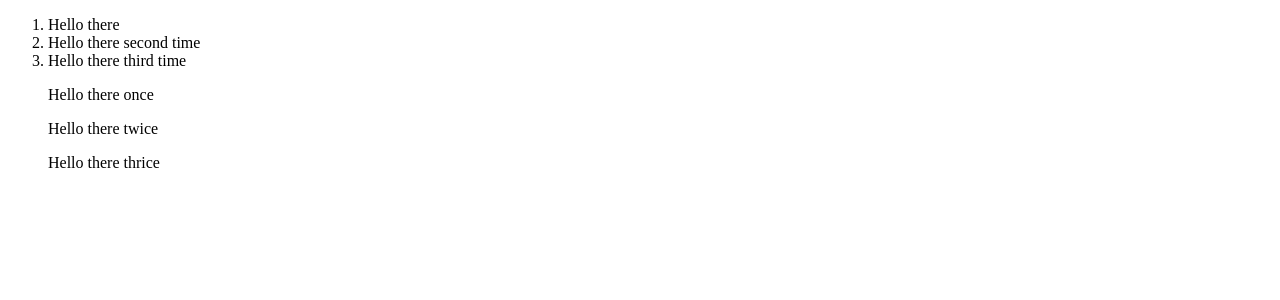
Repository: W0474997SteveArmstrong/udacity-frontenddeveloper-challenge
Page: lists.html
These files come from the project's save history. The page is drawn as it stood at one moment and after the next save; the edit follows.
The browser window is 1280 px wide. The pictures show the whole page.

Above is the page before, as saved 2023-02-06 14:04:18.

### lists.html
<!DOCTYPE html>
<html lang="en">

<head>
    <meta charset="UTF-8">
    <meta http-equiv="X-UA-Compatible" content="IE=edge">
    <meta name="viewport" content="width=device-width, initial-scale=1.0">
    <title>Document</title>
</head>

<body>
    <ol>
        <li>Hello there</li>
        <li>Hello there second time</li>
        <li>Hello there third time</li>
    </ol>

    <ul>Hello there once</ul>
    <ul>Hello there twice</ul>
    <ul>Hello there thrice</ul>
</body>

</html>

After the next save:
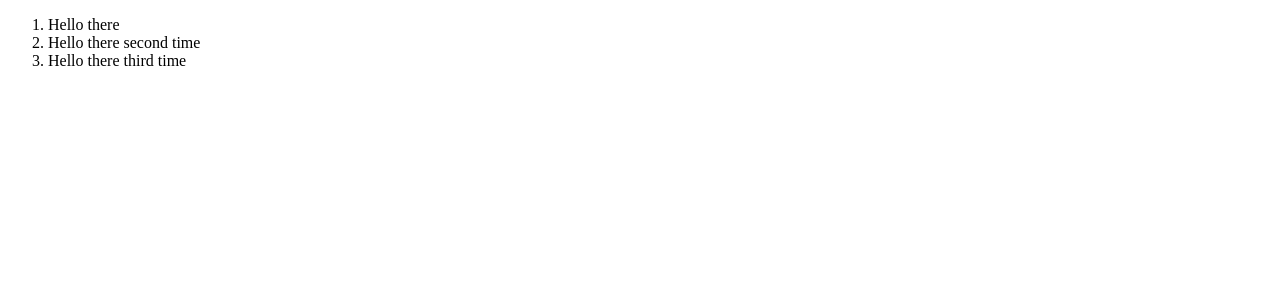
Saved 22 s later.
--- a/lists.html
+++ b/lists.html
@@ -14,10 +14,9 @@
         <li>Hello there second time</li>
         <li>Hello there third time</li>
     </ol>
+    <ul>
 
-    <ul>Hello there once</ul>
-    <ul>Hello there twice</ul>
-    <ul>Hello there thrice</ul>
+    </ul>
 </body>
 
 </html>
